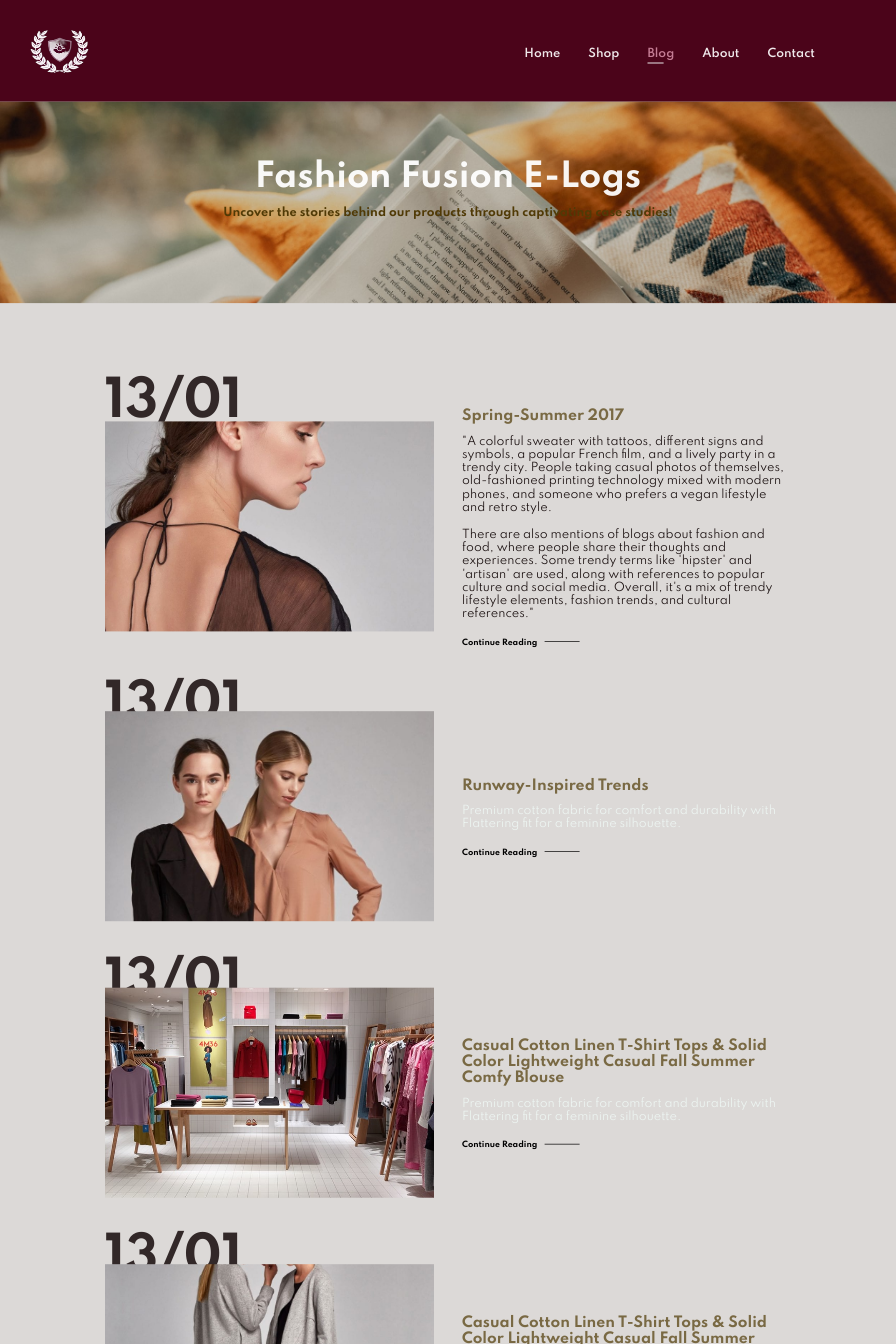
Repository: JhananiNallasamy/ECommerce-website-deployment
Page: blog.html
The author's editor kept a copy of each file at every save. The page is drawn from the files as they stood at one save, then again after a run of saves.
The browser window is 1280 px wide. The pictures show the part of the page from y = 0 to 1920 px (the page is 3636 px tall), at 70% of full size.
Some web libraries are served in a nearby version.

Above is the page before, as saved 2024-05-05 10:51:25.

After the next 5 saves:
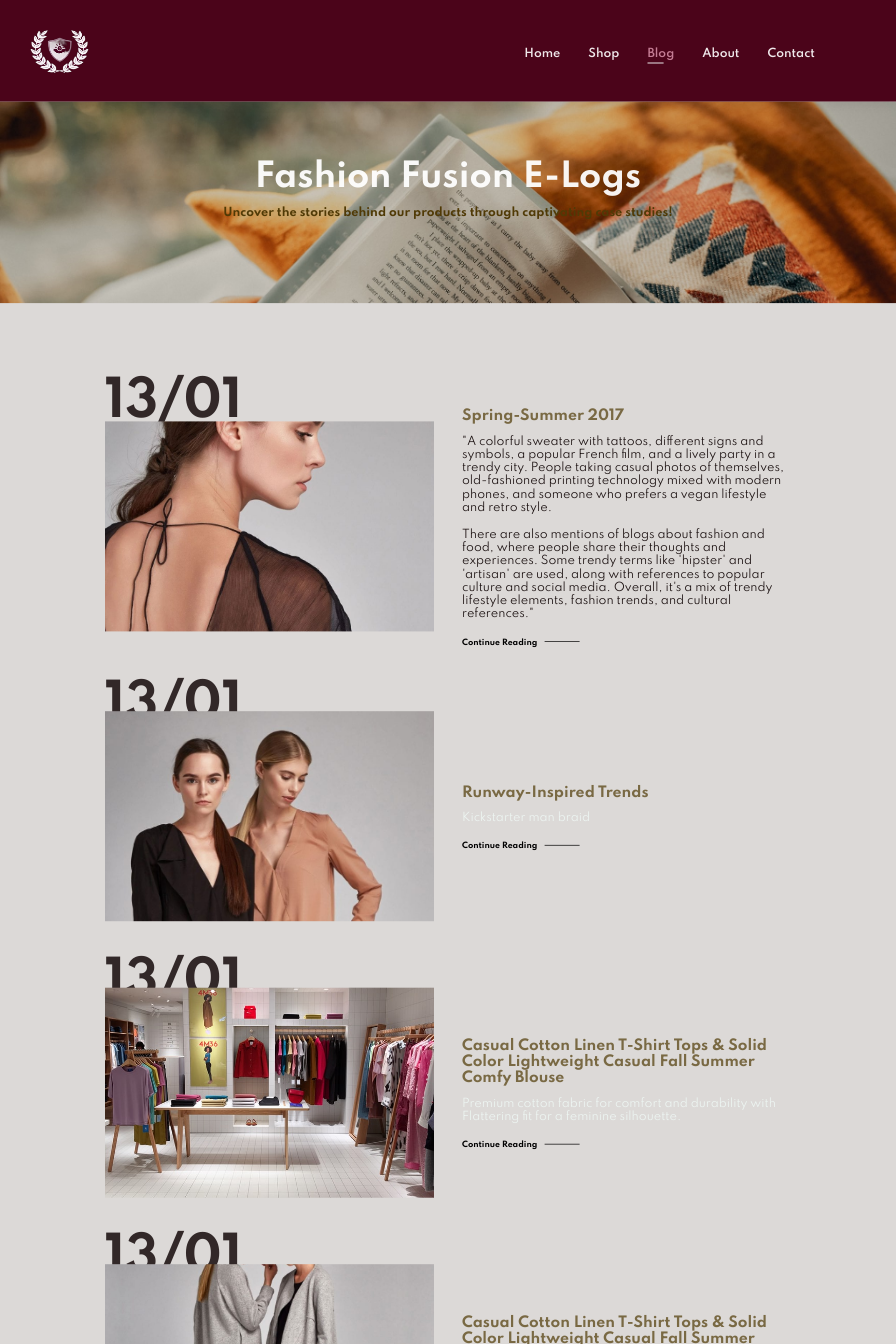
The 5 saves are shown as one change because they came seconds apart.
The last was saved 29 s later.
--- a/blog.html
+++ b/blog.html
@@ -59,7 +59,7 @@
             </div>
             <div class="blog-details">
             <h4 style="color: #503a06b4;"> Runway-Inspired Trends</h4>
-            <p>Premium cotton fabric for comfort and durability with Flattering fit for a feminine silhouette.</p>
+            <p>Kickstarter man braid</p>
             <a href="#"> Continue Reading </a>
             </div>
             <h1>13/01</h1>
